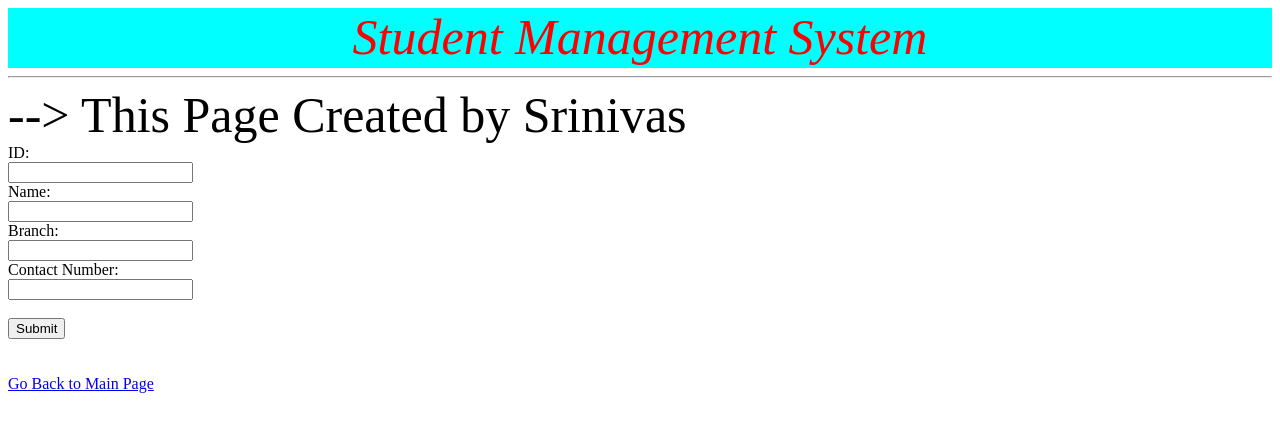
Repository: Aviligonda/Servlet_Programs
Page: http://localhost/StudentManagementSystem/register.jsp
An editor plug-in stored every save of this project. The page is shown before and after the next save, followed by the edit.
The browser window is 1280 px wide. The pictures show the whole page.
The page is served by Tomcat 9.

Above is the page before, as saved 2024-11-25 13:28:29.

After the next save:
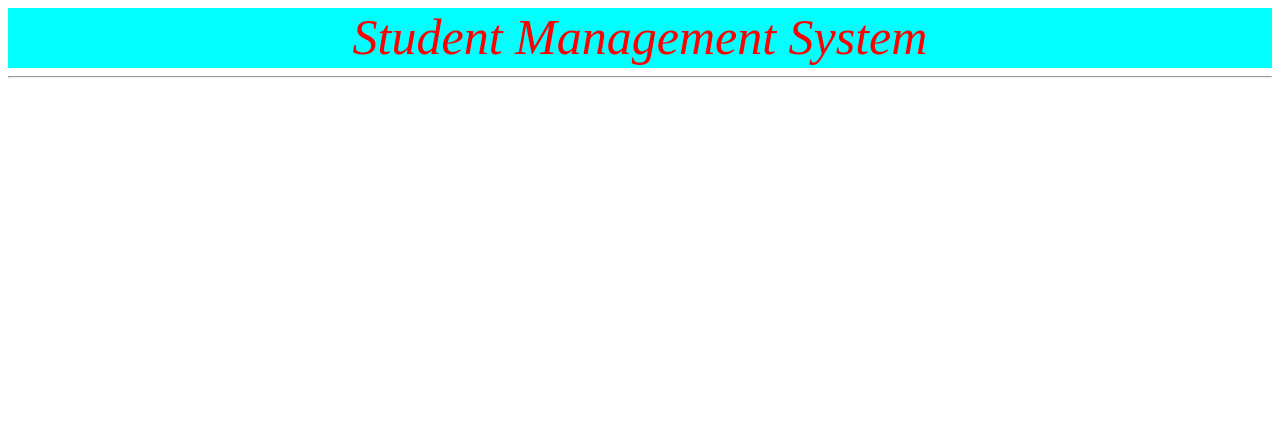
Saved 11 s later.
--- a/StudentManagementSystem/src/main/webapp/footer.jsp
+++ b/StudentManagementSystem/src/main/webapp/footer.jsp
@@ -8,7 +8,7 @@
 </head>
 <body>
 <div style="font-size:50px;">
-<!-- <!-- <footer style="color:blue; text-align:center;display : block; position: absolute;bottom: 0;right:0;font-size=50px;">This Page Created by Srinivas</footer> --> -->
+<!-- <!-- <footer style="color:blue; text-align:center;display : block; position: absolute;bottom: 0;right:0;font-size=50px;">This Page Created by Srinivas</footer>
 This Page Created by Srinivas
 </div>
 </body>
